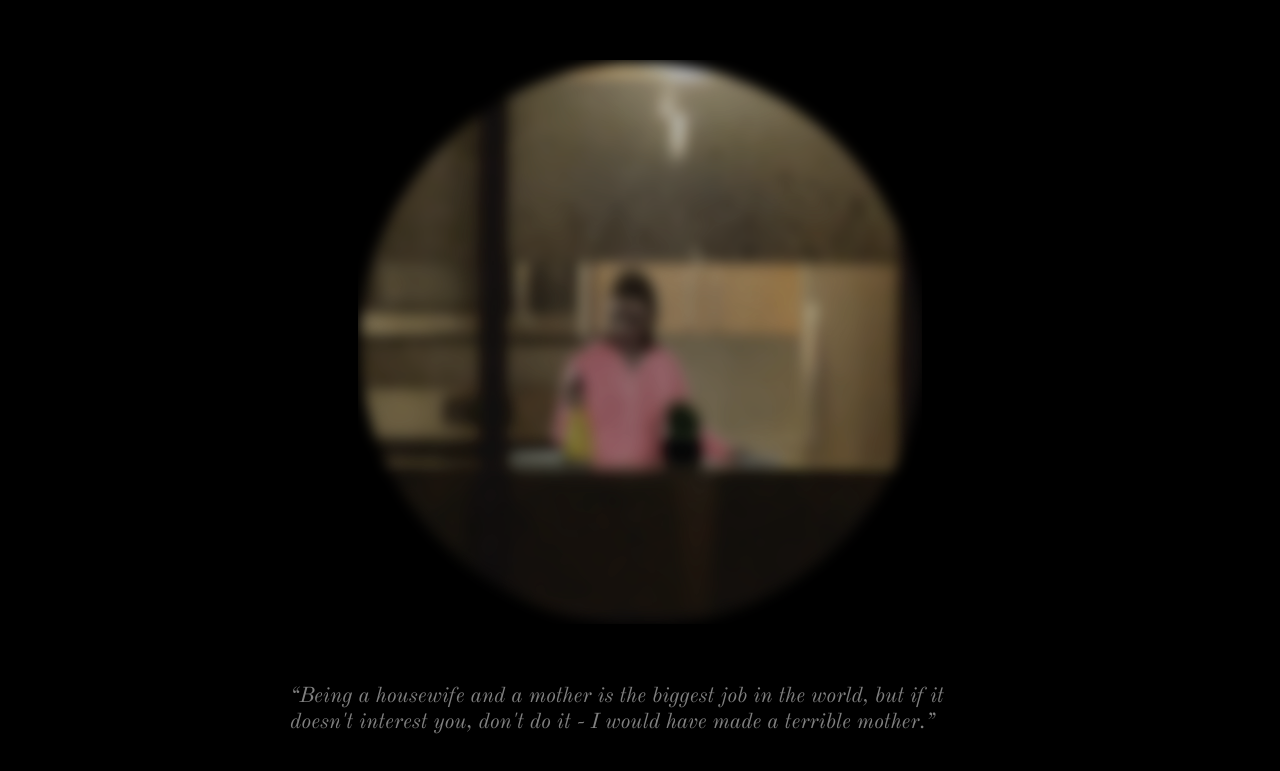
Repository: ConnyPinto/connypinto.github.io
Page: studio/space/final-space/room2.html
The author's editor kept a record of every edit. The page is drawn from the files as they stood at one moment, then again after the next edit.
The browser window is 1280 px wide. The pictures show the whole page.
Some web libraries are served in a nearby version.

Above is the page before.

### studio/space/final-space/room2.html
<html>

<head>
    <title>Space</title>
   <link href='//fonts.googleapis.com/css?family=Old+Standard+TT:400italic' rel='stylesheet' type='text/css'>
    <link rel="stylesheet" href="css/room.css" type="text/css" />
     <script src="//ajax.googleapis.com/ajax/libs/jquery/1.7.1/jquery.min.js"></script>
      <script src="javascript/room.js"></script>
</head>

<body>

        <a href="room2.html" class="right-window" style="background-image: url(images/windows-02.png);"></a>


    <div class="content">



    <a href="#" class="lense" style="background-image: url(images/lense-02.png);"></a>



    <div class="quote">&ldquo;Being a housewife and a mother is the biggest job in the world, but if it doesn't interest you, don't do it - I would have made a terrible mother.&rdquo;</div>

    </div>

    <!-- <div class="eyes"><img src="images/i9lb4.gif"></div>  -->




</body>

</html>

### studio/space/final-space/css/room.css
body{
    background-color: black;
    font-family: 'Old Standard TT', serif;
    font-style: italic;
    margin-bottom:35px;
}

.lense {
    background-repeat: no-repeat;
    width: 564px;
    height:564px;
    display: block;
    font-size: 0;
    margin:0 auto;
    margin-bottom:60px;
    margin-top:60px;
}
.lense:hover {
    background-position: 0 -565px;
}


/*.lense{
    margin:0 auto;
    margin-top:80px;
    margin-bottom:114px;}*/


.right-window:hover {
    background-position: 0 -258px;
}

.left-window:hover {
    background-position: 0 -258px;
}



.content{
    width:700px;
    margin:0 auto;

}

.quote{
    color:grey;
    font-family: 'Old Standard TT', serif;
    display: block;
    margin-left: auto;
    margin-right: auto;
    margin-bottom:10px;
    font-size: 16pt;
    width:700px;


}

.eyes{

    position: relative;
   margin:0 auto;
   width:300px;

}

.sofa-button {
    background-image: url(../images/sofa-button.png);
    background-repeat: no-repeat;
    width: 212px;
    height: 67px;
    display: inline-block;
    font-size: 0;
    margin:60px;
    margin-bottom:-80px;

}
.sofa-button:hover {
    background-position: 0 -68px;
}


/*.sofa-button{
    margin:20px;
    margin-bottom:-70px;

}*/

### studio/space/final-space/javascript/room.js
$(document).ready(function () {
    $('body').click(function (e) {
        console.log(e);
        if (!$(e.target).is('a')) {
            window.location.href = 'window.html';
        }
    });
});

After the next edit:
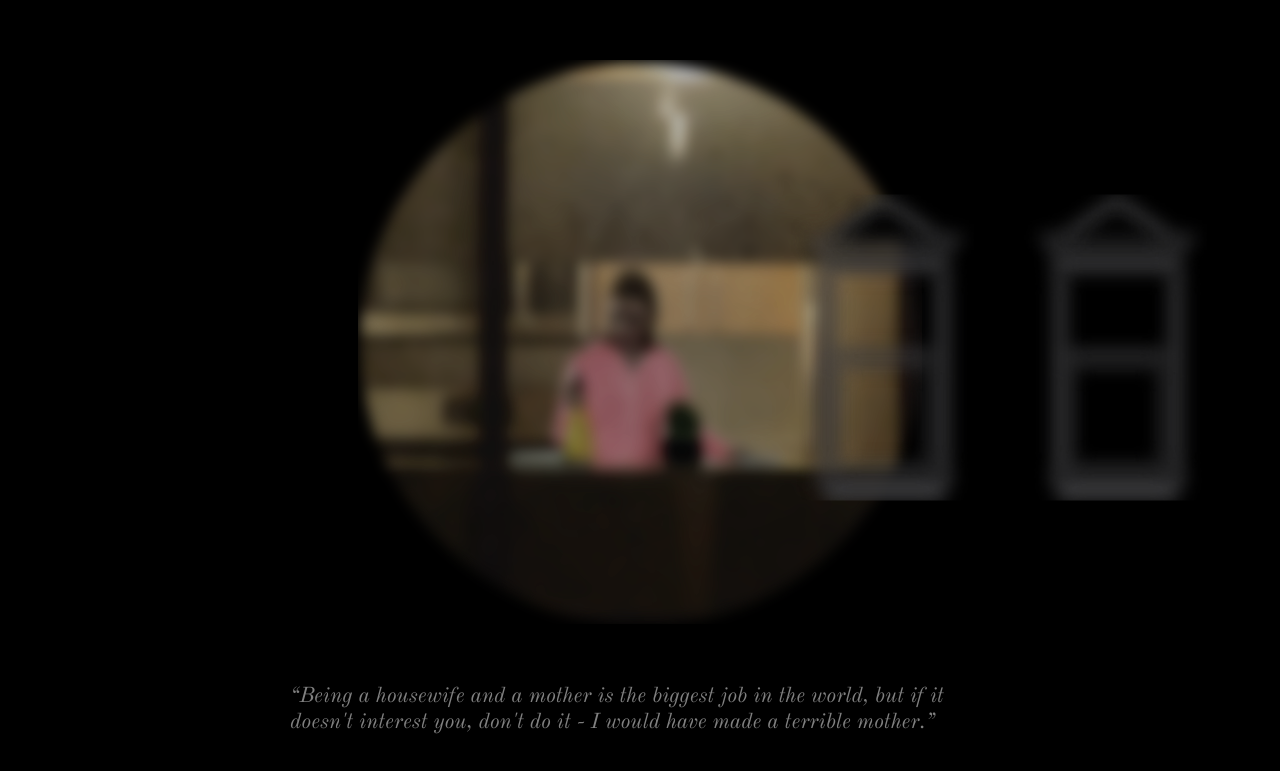
The edit:
--- a/studio/space/final-space/room2.html
+++ b/studio/space/final-space/room2.html
@@ -10,7 +10,27 @@
 
 <body>
 
-        <a href="room2.html" class="right-window" style="background-image: url(images/windows-02.png);"></a>
+        <a href="room2.html" class="right-window"
+        style="background-image: url(images/grey-blur-02-02.png);
+    background-repeat: no-repeat;
+    transform: scale(1.2);
+    width: 153px;
+    height: 255px;
+    display: block;
+    float:right;
+    margin-right:80px;
+    margin-top:160px;"></a>
+
+          <a href="room.html" class="right-window"
+        style="background-image: url(images/grey-blur-02-02.png);
+    background-repeat: no-repeat;
+    transform: scale(1.2);
+    width: 153px;
+    height: 255px;
+    display: block;
+    float:right;
+    margin-right:80px;
+    margin-top:160px;"></a>
 
 
     <div class="content">
